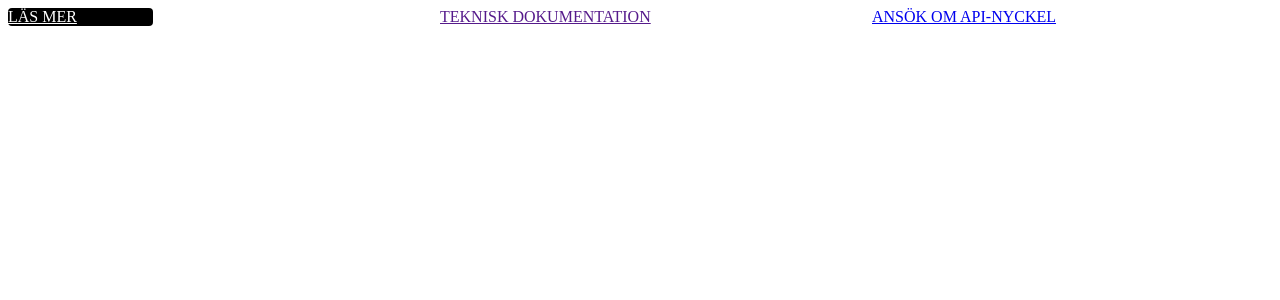
Repository: rudasn/docsy-cms-netlify
Page: layouts/partials/link.html
These files come from the project's save history. The page is drawn as it stood at one moment and after the next save; the edit follows.
The browser window is 1280 px wide. The pictures show the whole page.

Above is the page before, as saved 2021-05-11 12:52:45.

### layouts/partials/link.html

<style>
.button{
background-color: black;
border-radius: 4px;
text-align: start;
max-width: 35%;


padding-right: 5px;

font-size: 16px;


color: white

}

a {
color: ;
}

.bt_text {
color: white;}

.grid-container {
display: grid;
grid-template-columns: repeat(auto-fit, minmax(100px, 1fr ));

grid-gap: 32px;
grid-auto-flow: dense;

}
.link_right{
float: right;

}
/* Single column display for phones */
@media (max-width: 459px) {
    .grid-container {
      display: flex;
      flex-direction: column;
    }

}

</style>

<div class="grid-container p-0 ml-0">

    <a class="button" href="">LÄS MER</a>

    <a class="link_right " href="">TEKNISK DOKUMENTATION</a>

    <a class="link_right" href="https://apirequest.jobtechdev.se/">ANSÖK OM API-NYCKEL</a>

  </div>


<!--

<div >
    <div class="row m-0">
        <div class="column">
            <button class="list_btn">
                <a class ="bt_text"href="">Läs mer</a>
            </button>
        </div>
        <div class="column">
            <a href="">Teknisk dokumentation</a>
        </div>
        <div class="column">
            <a href="">Ansök om en APInyckel</a>
        </div>
    </div>

</div>
-->

After the next save:
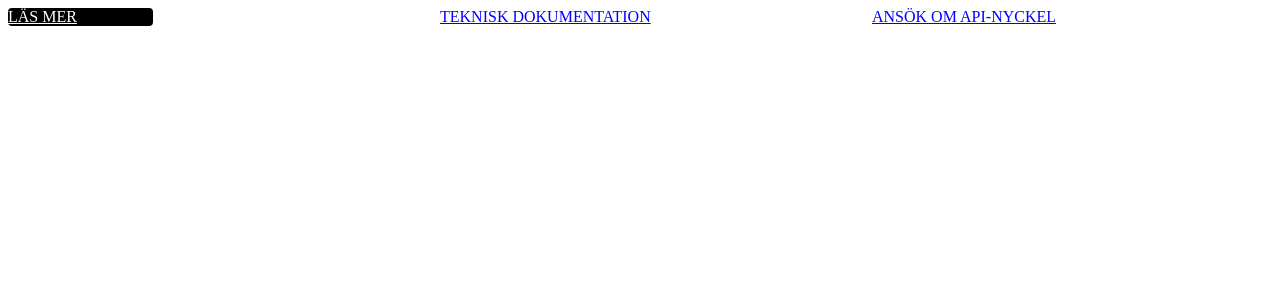
Saved 4 s later.
--- a/layouts/partials/link.html
+++ b/layouts/partials/link.html
@@ -17,7 +17,7 @@ color: white
 }
 
 a {
-color: ;
+color: blue;
 }
 
 .bt_text {
